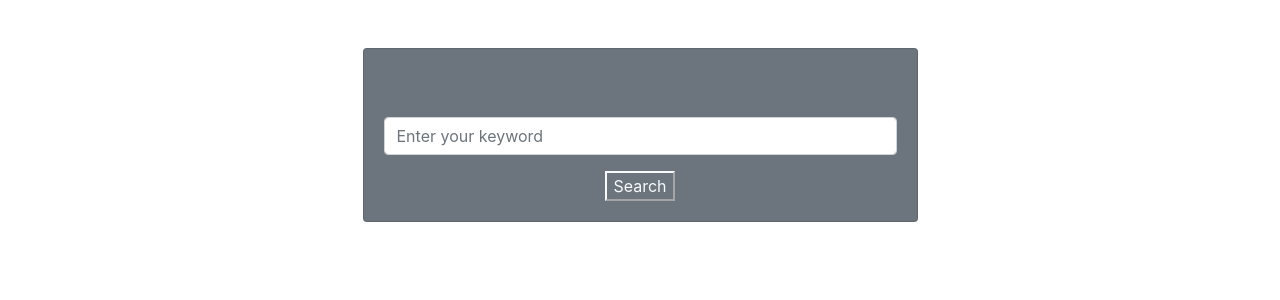
Repository: Himanshu-GitRepo/SpringMVCDurgesh
Page: http://localhost/springmvcsearch/home
The author's editor kept a copy of each file at every save. The page is drawn from the files as they stood at one save, then again after the next save.
The browser window is 1280 px wide. The pictures show the whole page.
Some web libraries are served in a nearby version. The page is served by Tomcat 9.

Above is the page before, as saved 2021-11-24 08:05:05.

After the next save:
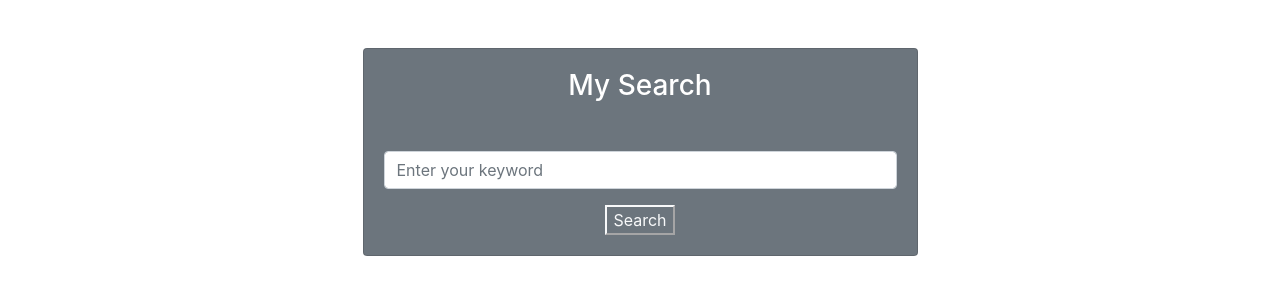
Saved 79 s later.
--- a/springmvcsearch/src/main/webapp/WEB-INF/views/home.jsp
+++ b/springmvcsearch/src/main/webapp/WEB-INF/views/home.jsp
@@ -20,6 +20,8 @@
 
 		<div class="card mx-auto mt-5 bg-secondary" style="width: 50%;">
 			<div class="card-body">
+
+			<h3 class="text-center text-white">My Search</h3>
 
 				<form class=mt-5>
 
